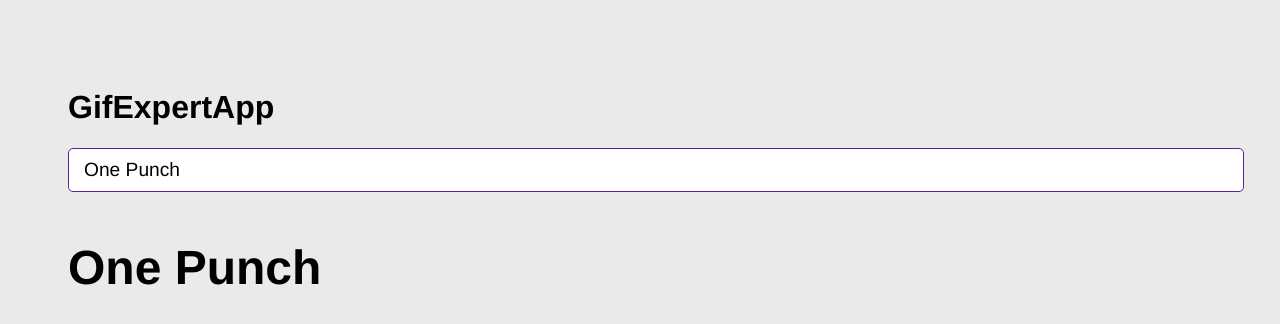
Repository: bryanesteban/gif-expert-app
Page: /
The author's editor kept a copy of each file at every save. The page is drawn from the files as they stood at one save, then again after the next save.
The browser window is 1280 px wide. The pictures show the whole page.
The page's requests for data from a server got no answer. The project was rebuilt for these pictures with package versions that can differ from the ones it lists, and the page was loaded fresh each time. No one was signed in, and anything a server would have sent is missing. Also part of the build but not shown: vite.config.js, src/components/GifGridItem.jsx.

Above is the page before, as saved 2024-06-17 15:36:16.

After the next save:
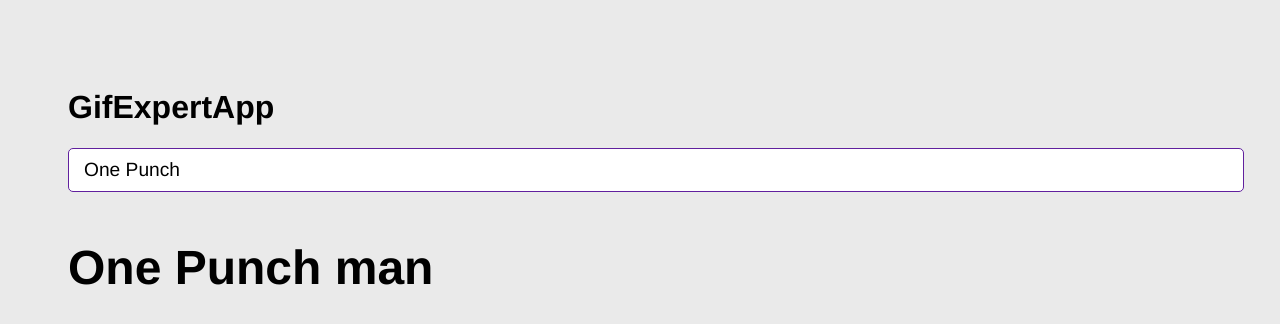
Saved 17 s later.
--- a/src/GifExpertApp.jsx
+++ b/src/GifExpertApp.jsx
@@ -8,7 +8,7 @@
 
 
 
-    const [ categories , setCategories ] = useState([ 'One Punch' ]);
+    const [ categories , setCategories ] = useState([ 'One Punch man' ]);
 
     const onAddCategory = ( newCategory ) => {
 

After the save that followed:
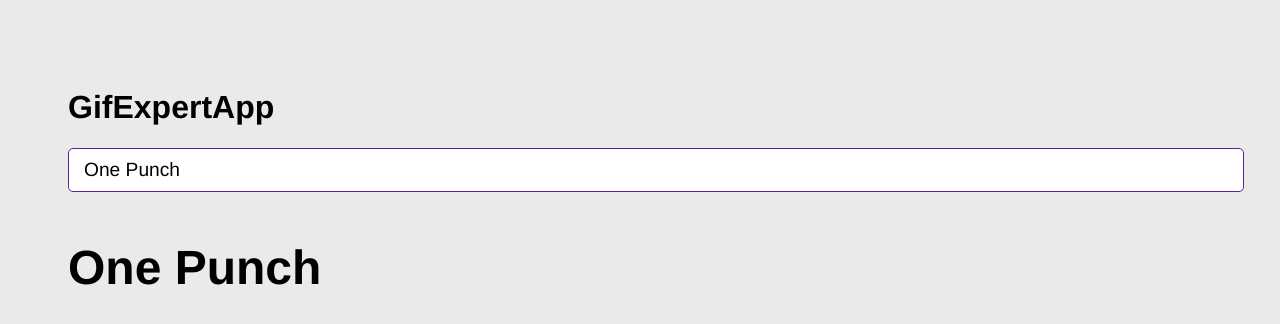
Saved 14 s later.
--- a/src/GifExpertApp.jsx
+++ b/src/GifExpertApp.jsx
@@ -8,7 +8,7 @@
 
 
 
-    const [ categories , setCategories ] = useState([ 'One Punch man' ]);
+    const [ categories , setCategories ] = useState([ 'One Punch' ]);
 
     const onAddCategory = ( newCategory ) => {
 
